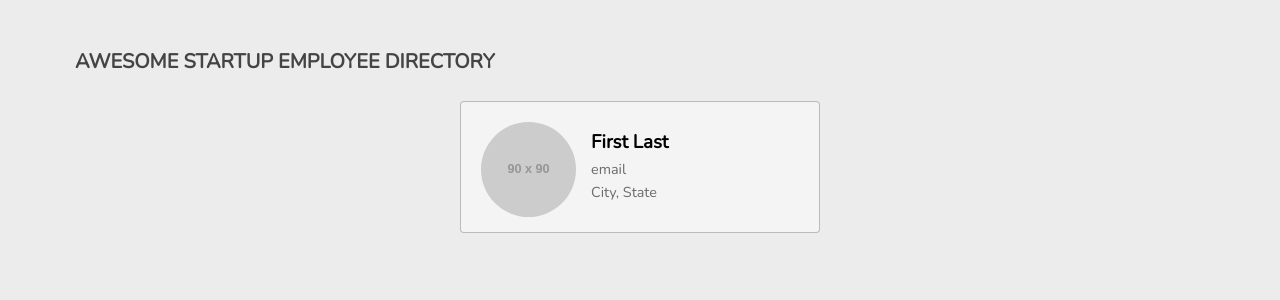
Repository: Lettisu/Unit-Five
Page: index.html
The author's editor kept a copy of each file at every save. The page is drawn from the files as they stood at one save, then again after the next save.
The browser window is 1280 px wide. The pictures show the whole page.
The page's requests for data from a server got no answer.

Above is the page before, as saved 2019-07-17 13:48:59.

After the next save:
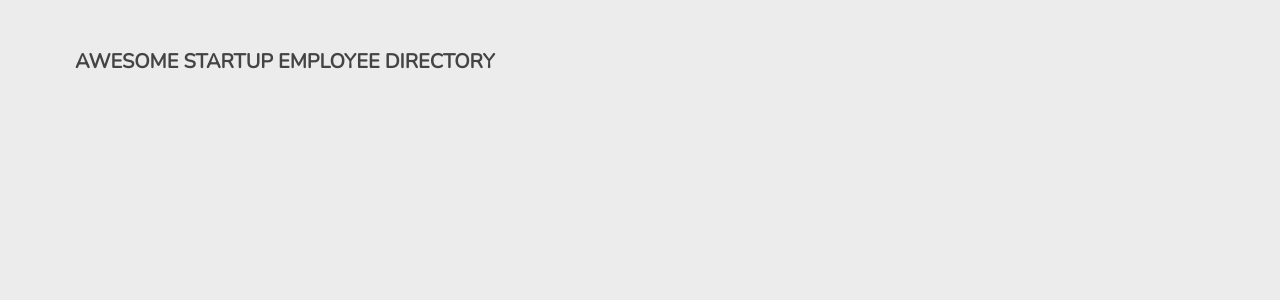
Console error: SyntaxError: Unexpected end of input
Saved 4 s later.
--- a/js/scripts.js
+++ b/js/scripts.js
@@ -25,3 +25,10 @@ const gallCard =
  </div>`
 
 $('#gallery').append(gallCard);
+
+function fetchData(url) {
+    return fetch(url)
+        .then(checkStatus)
+        .then(response => response.json())
+        .then(data => data.results.map(person => person))
+        .catch(error => console.log("Looks like there was an error!", error));

After the 4 saves that followed:
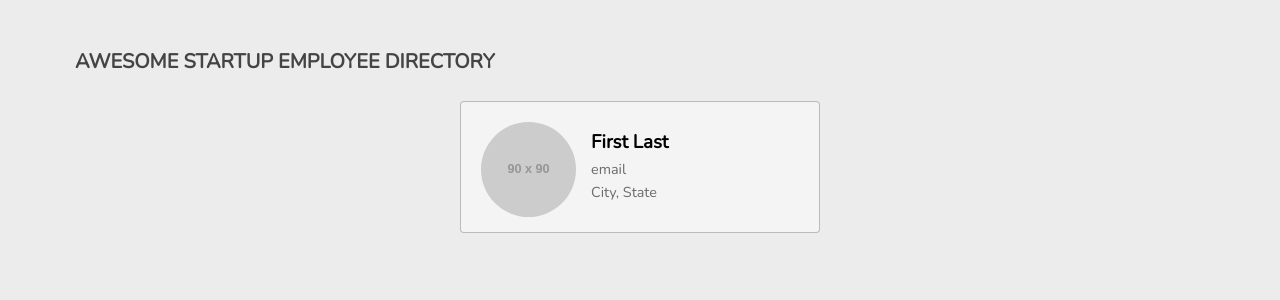
Console error: ReferenceError: checkStatus is not defined
The 4 saves are shown as one change because 3 left the picture as it was.
The last was saved 79 s later.
--- a/js/scripts.js
+++ b/js/scripts.js
@@ -32,3 +32,5 @@ function fetchData(url) {
         .then(response => response.json())
         .then(data => data.results.map(person => person))
         .catch(error => console.log("Looks like there was an error!", error));
+}
+    fetchData('https://randomuser.me/api/?results=12&nat=au,ca,gb,nz,us').then(displayEmployees);
